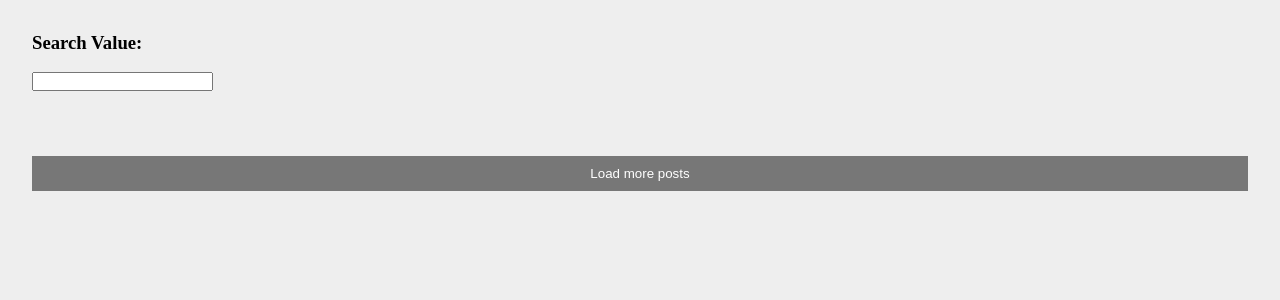
Repository: RobertoBaiochi/project-1
Page: /
The author's editor kept a copy of each file at every save. The page is drawn from the files as they stood at one save, then again after the next save.
The browser window is 1280 px wide. The pictures show the whole page.
The page's requests for data from a server got no answer. The project was rebuilt for these pictures with package versions that can differ from the ones it lists, and the page was loaded fresh each time. No one was signed in, and anything a server would have sent is missing. Also part of the build but not shown: src/components/PostCard/styles.css, src/components/PostCard/index.jsx.

Above is the page before, as saved 2022-11-18 01:25:18.

After the next save:
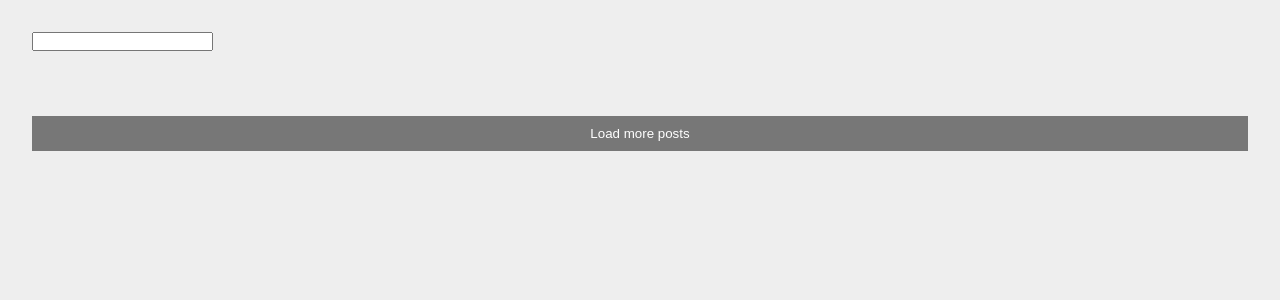
Saved 8 s later.
--- a/src/templates/Home/index.jsx
+++ b/src/templates/Home/index.jsx
@@ -56,7 +56,7 @@ class Home extends Component {
     return (
       <section className='container'>
 
-        <h3>Search Value: {searchValue}</h3><br />
+
 
         <input
           value={searchValue}
